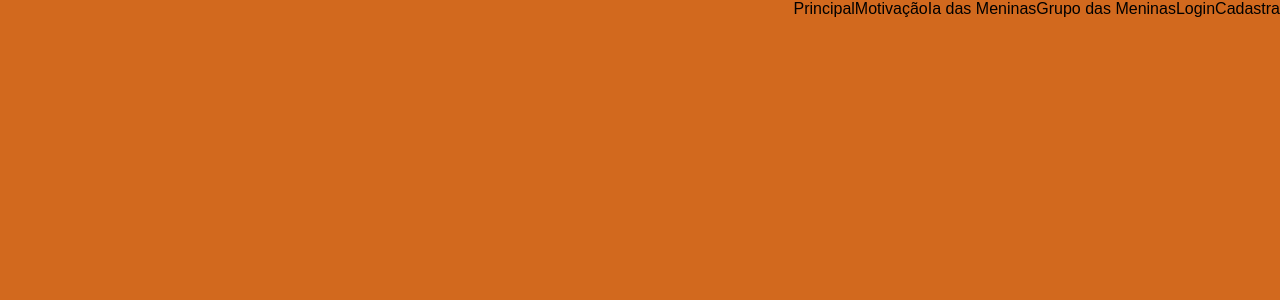
Repository: joaobatistafrontend/pref
Page: http://localhost/
These files come from the project's save history. The page is drawn as it stood at one moment and after the next save; the edit follows.
The browser window is 1280 px wide. The pictures show the whole page.
The page is served by the project's application, run on Django 4.2 (manage.py).

Above is the page before, as saved 2024-07-26 14:54:06.

After the next save:
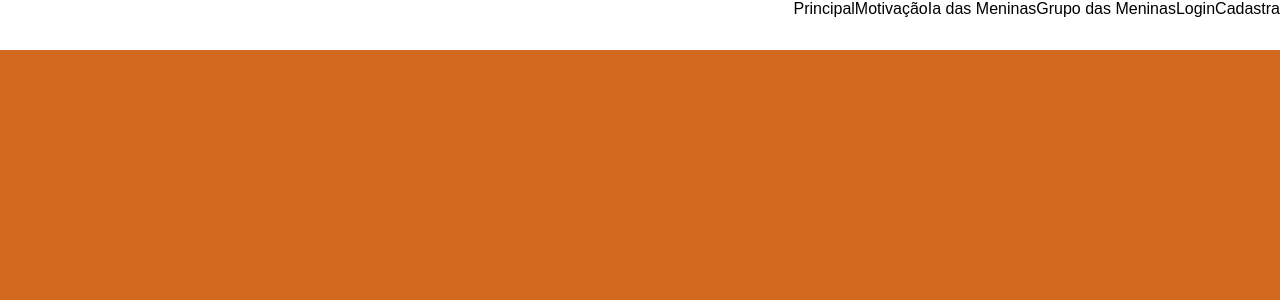
Saved 25 s later.
--- a/templates/index.html
+++ b/templates/index.html
@@ -9,7 +9,7 @@
     {% load static %}
     <link rel="stylesheet" href="{% static 'css/index.css' %}"></head>
 <body>
-        <nav>
+        <nav class="nav">
             <ul>
                 <li><a href="">Principal</a></li>
                 <li><a href="">Motivação</a></li>

After the save that followed:
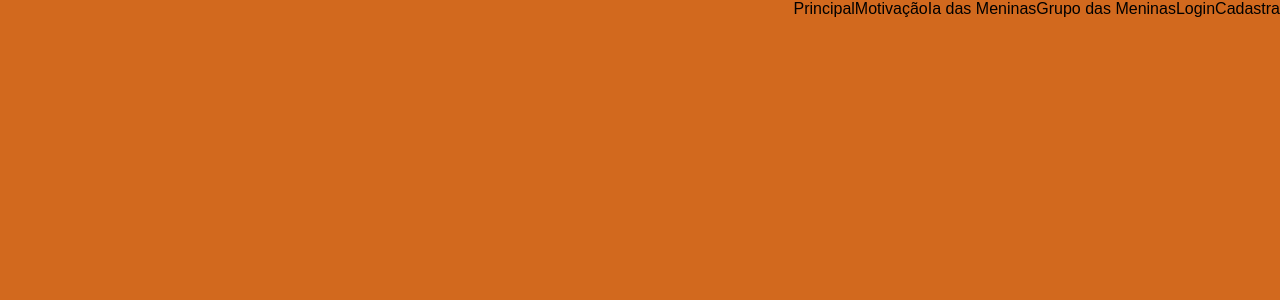
Saved 5 s later.
--- a/templates/index.html
+++ b/templates/index.html
@@ -9,7 +9,7 @@
     {% load static %}
     <link rel="stylesheet" href="{% static 'css/index.css' %}"></head>
 <body>
-        <nav class="nav">
+        <nav>
             <ul>
                 <li><a href="">Principal</a></li>
                 <li><a href="">Motivação</a></li>
